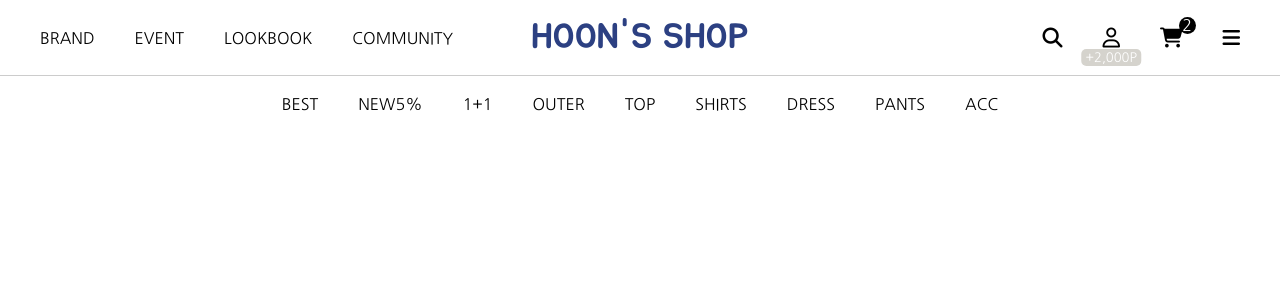
Repository: Iimchaehoon/cafeProject
Page: src/index.html
These files come from the project's save history. The page is drawn as it stood at one moment and after the next save; the edit follows.
The browser window is 1280 px wide. The pictures show the whole page.
Some web fonts or font styles are not loaded; a fallback is used. Some web libraries are served in a nearby version.

Above is the page before, as saved 2024-07-23 21:27:03.

### src/index.html
<!DOCTYPE html>
<html lang="en">
  <head>
    <meta charset="UTF-8" />
    <meta name="viewport" content="width=device-width, initial-scale=1.0" />
    <link rel="shortcut icon" href="/image/cafefav.png" type="image/x-icon" />
    <link rel="stylesheet" href="/src/css/style.css" />
    <title>cafe24_clone</title>
    <script
      src="https://kit.fontawesome.com/1e606f2a97.js"
      crossorigin="anonymous"
    ></script>
  </head>
  <body>
    <!--header-->
    <header class="header">
      <div class="header__top">
        <nav class="header__nav-box">
          <ul class="header__list-box">
            <li class="header__content">BRAND</li>
            <li class="header__content">EVENT</li>
            <li class="header__content">LOOKBOOK</li>
            <li class="header__content">COMMUNITY</li>
          </ul>
        </nav>
        <h1 class="header__title">HOON'S SHOP</h1>
        <ul class="header__menu">
          <li class="header__content">
            <i class="fa-solid fa-magnifying-glass fa-lg"></i>
          </li>
          <li class="header__content header__content--badge-price">
            <div class="header__price-badge"><span>+2,000P</span></div>
            <i class="fa-regular fa-user fa-lg"></i>
          </li>
          <li class="header__content header__content--badge-box">
            <div class="header__cart-badge"><span>2</span></div>
            <i class="fa-solid fa-cart-shopping fa-lg"></i>
          </li>
          <li class="header__content">
            <i class="fa-solid fa-bars fa-lg"></i>
          </li>
        </ul>
      </div>

      <div class="header__bottom">
        <ul class="header__category">
          <li class="header__content">BEST</li>
          <li class="header__content">NEW5%</li>
          <li class="header__content">1+1</li>
          <li class="header__content">OUTER</li>
          <li class="header__content">TOP</li>
          <li class="header__content">SHIRTS</li>
          <li class="header__content">DRESS</li>
          <li class="header__content">PANTS</li>
          <li class="header__content">ACC</li>
        </ul>
      </div>
    </header>
  </body>
</html>

### src/css/style.css
@import "reset.css";
@import "components/header.css";
@import url("https://fonts.googleapis.com/css2?family=Cute+Font&family=Jua&display=swap");
@import url("https://fonts.googleapis.com/css2?family=Nanum+Gothic&family=Noto+Sans+KR:wght@100..900&display=swap");

body {
  font-family: "Nanum Gothic", sans-serif;
  margin: 0;
  padding: 0;
  box-sizing: border-box;
}
ul {
  margin: 0;
}

### src/css/components/header.css
.header__top {
  display: flex;
  justify-content: space-between;
  padding: 20px;
  border-bottom: 1px solid rgba(0, 0, 0, 0.2);
}
.header__nav-box {
  width: 33%;
}
.header__title {
  width: 33%;
  font-family: "Jua", sans-serif;
  color: rgb(44, 64, 130);
  font-size: 35px;
  font-weight: 500;
  text-align: center;
}

.header__list-box {
  display: flex;

  height: 100%;
  align-items: center;
}
.header__menu {
  display: flex;
  align-items: center;
  justify-content: flex-end;

  width: 33%;
}
.header__content {
  margin: 0 20px;
}
/* 아래헤더 */
.header__category {
  display: flex;
  justify-content: center;
  padding: 20px 0;
}
.header__cart-badge {
  background-color: black;
  display: flex;
  justify-content: center;
  align-items: center;
  border-radius: 100%;
  width: 13px;
  height: 13px;
  padding: 2px;
  position: absolute;
  top: -13px;
  right: -13px;
}
.header__content--badge-box {
  position: relative;
}
.header__cart-badge span {
  color: white;
}
.header__content--badge-price {
  position: relative;
}
.header__price-badge {
  background-color: #d5d3cd;
  color: white;
  display: flex;
  justify-content: center;
  align-items: center;
  font-size: 13px;
  border-radius: 5px;
  padding: 2px 4px;
  position: absolute;
  left: 50%;
  transform: translateX(-50%);
  bottom: -20px;
}

Loaded but not shown: src/css/reset.css (common file)

After the next save:
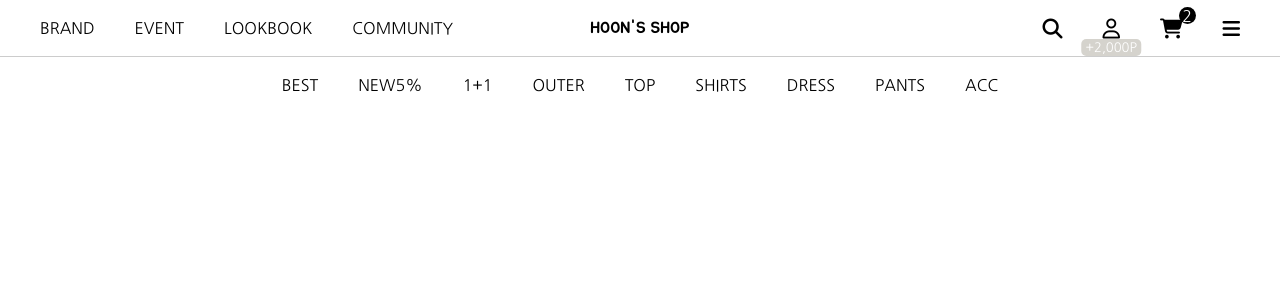
Saved 71 s later.
--- a/src/css/components/header.css
+++ b/src/css/components/header.css
@@ -10,8 +10,6 @@
 .header__title {
   width: 33%;
   font-family: "Jua", sans-serif;
-  color: rgb(44, 64, 130);
-  font-size: 35px;
   font-weight: 500;
   text-align: center;
 }
